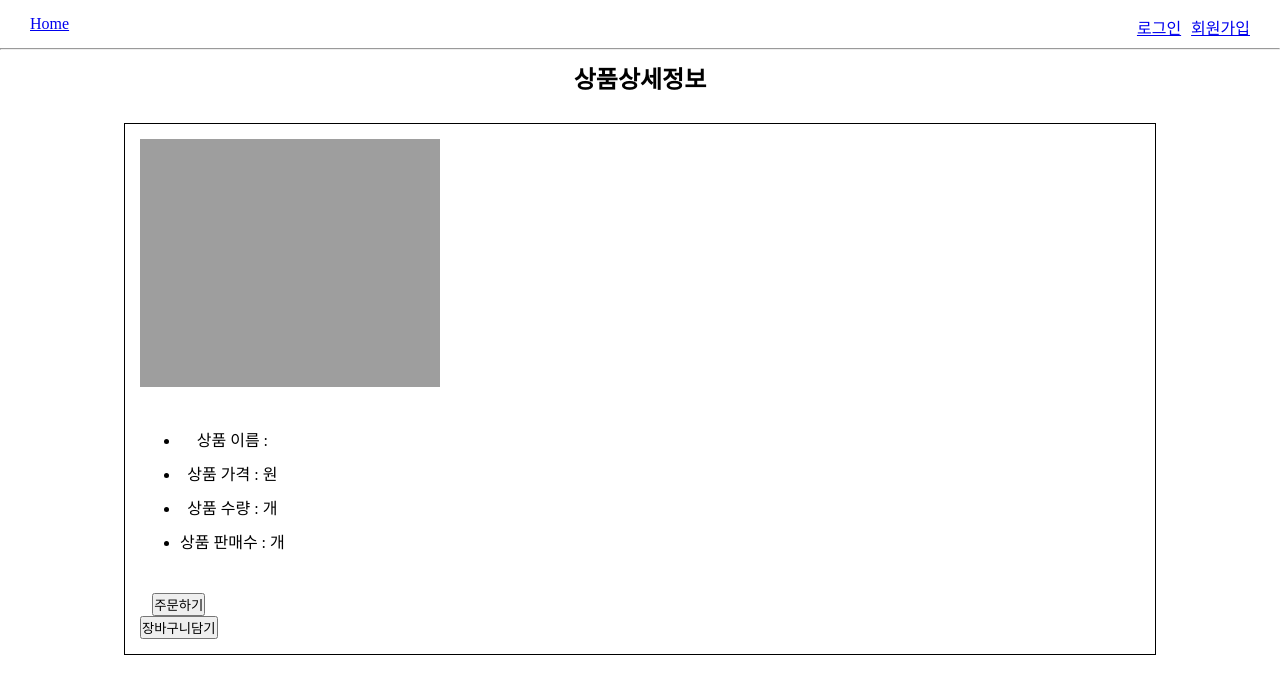
Repository: quswldms137/Shopping
Page: http://localhost/shop/WEB-INF/views/productDetail.jsp
These files come from the project's save history. The page is drawn as it stood at one moment and after the next save; the edit follows.
The browser window is 1280 px wide. The pictures show the whole page.
Pictures or frames that could not be fetched are drawn as grey boxes. The page is served by Tomcat 10. Nobody is signed in. The template is opened directly, without the code that normally fills it, so the values that code supplies are empty.

Above is the page before, as saved 2024-05-29 07:17:01.

After the next save:
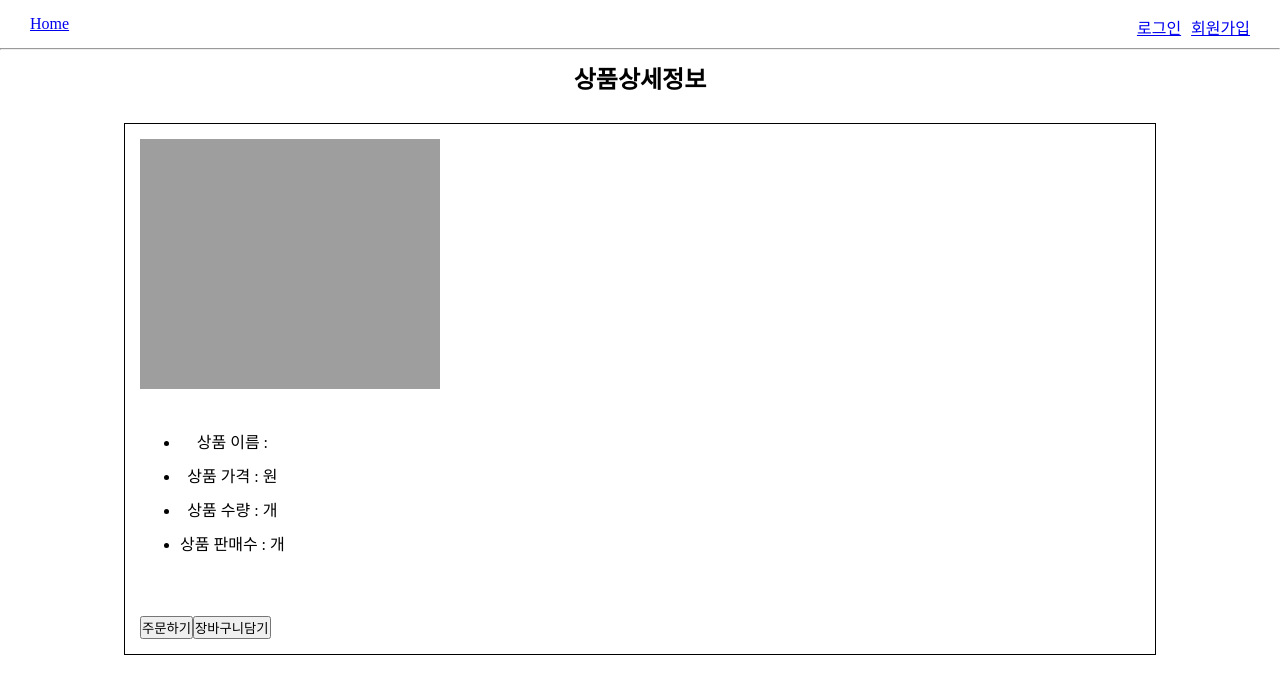
Saved 72 s later.
--- a/shop/shop/src/main/webapp/WEB-INF/views/productDetail.jsp
+++ b/shop/shop/src/main/webapp/WEB-INF/views/productDetail.jsp
@@ -33,7 +33,7 @@ h2{padding:10px;}
 }
 .btn {
     display: flex;
-    flex-direction: column; /* 수직 정렬 */
+    flex-direction: row; /* 수직 정렬 */
     align-items: center; /* 가로축 가운데 정렬 */
     justify-content: center; /* 세로축 가운데 정렬 */
 }
